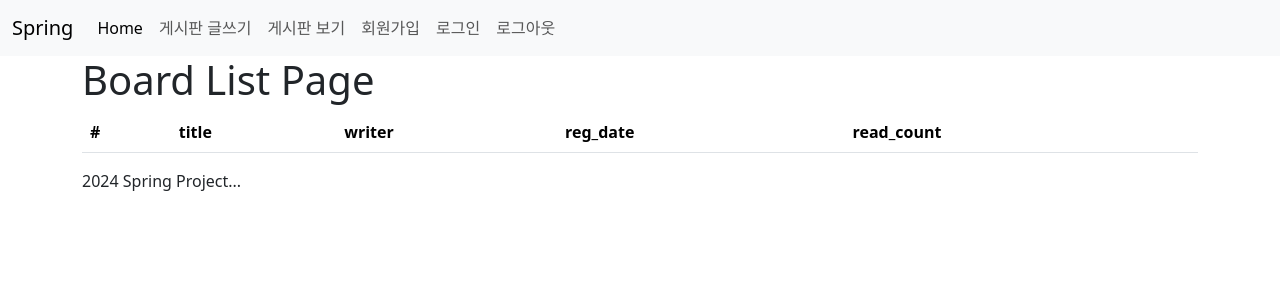
Repository: dhalfks/springTest240430
Page: http://localhost/spring_study/WEB-INF/views/board/list.jsp
These files come from the project's save history. The page is drawn as it stood at one moment and after the next save; the edit follows.
The browser window is 1280 px wide. The pictures show the whole page.
The page is served by Tomcat 9. Nobody is signed in. The template is opened directly, without the code that normally fills it, so the values that code supplies are empty.

Above is the page before, as saved 2024-04-24 08:08:17.

After the next save:
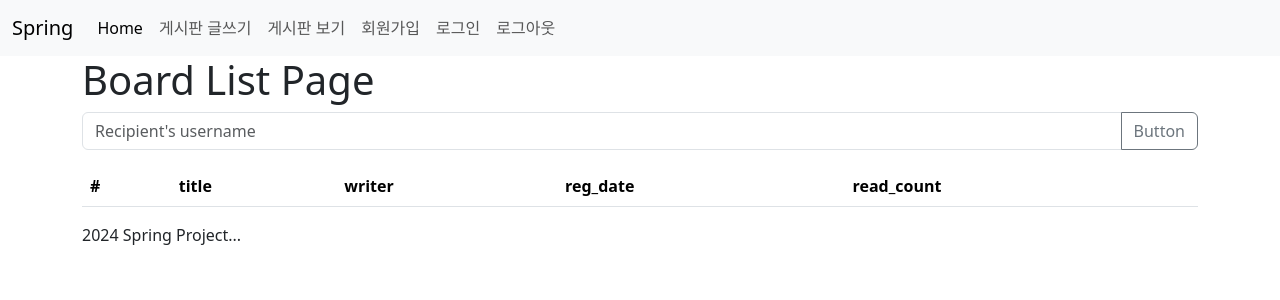
Saved 2 min 42 s later.
--- a/spring_study/src/main/webapp/WEB-INF/views/board/list.jsp
+++ b/spring_study/src/main/webapp/WEB-INF/views/board/list.jsp
@@ -6,6 +6,12 @@
 <div class="container-md">
 	<h1>Board List Page</h1>
 	<!-- 검색라인 -->
+	<form action="">
+		<div class="input-group mb-3">
+		  <input type="text" class="form-control" placeholder="Recipient's username" aria-label="Recipient's username" aria-describedby="button-addon2">
+		  <button class="btn btn-outline-secondary" type="button" id="button-addon2">Button</button>
+		</div>
+	</form>
 
 	<table class="table table-hover">
 		<thead>
@@ -31,5 +37,7 @@
 	</table>
 
 	<!-- 페이지네이션라인  -->
+
+
 </div>
 <jsp:include page="../layout/footer.jsp" />
